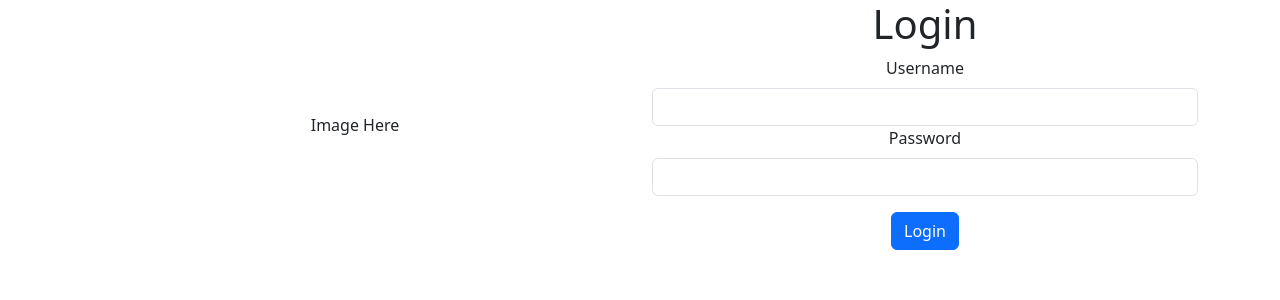
Repository: oboioz/SimpleTodoApp
Page: /logout (app in SimpleTodoAppFrontEnd/todo-app/)
The author's editor kept a copy of each file at every save. The page is drawn from the files as they stood at one save, then again after the next save.
The browser window is 1280 px wide. The pictures show the whole page.
The project was rebuilt for these pictures with package versions that can differ from the ones it lists, and the page was loaded fresh each time. Also part of the build but not shown: SimpleTodoAppFrontEnd/todo-app/src/components/todo/Login/LoginStyle.css.

Above is the page before, as saved 2024-04-03 19:50:43.

After the next save:
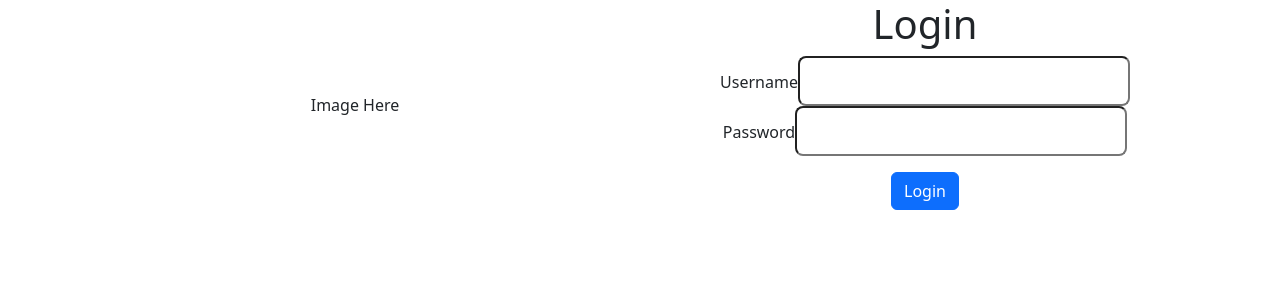
Saved 70 s later.
--- a/SimpleTodoAppFrontEnd/todo-app/src/components/todo/Login/LoginComponent.jsx
+++ b/SimpleTodoAppFrontEnd/todo-app/src/components/todo/Login/LoginComponent.jsx
@@ -14,11 +14,11 @@
                     <form className="LoginForm">
                         <div>
                             <label className="form-label">Username</label>
-                            <input type="text" name="username" className="form-control" />
+                            <input type="text" name="username" className="form-control-lg" />
                         </div>
                         <div>
                             <label className="form-label">Password</label>
-                            <input type="password" name="password" className="form-control" />
+                            <input type="password" name="password" className="form-control-lg" />
                         </div>
 
                         <button type="button" name="login" class="btn btn-primary mt-3">Login</button>

After the save that followed:
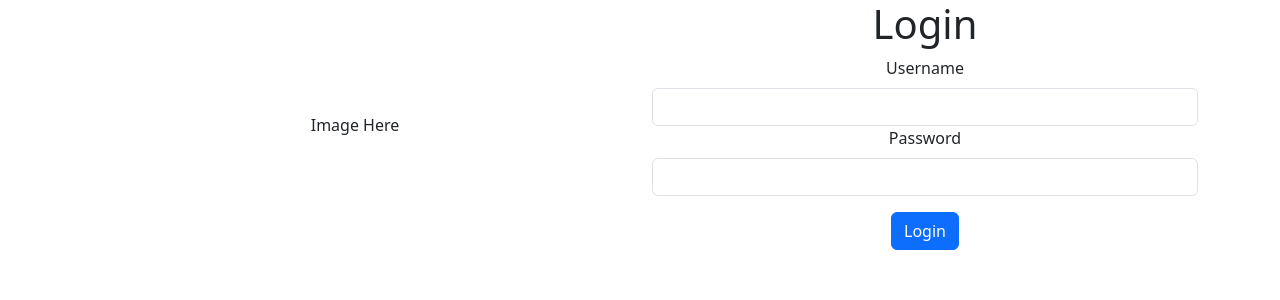
Saved 8 s later.
--- a/SimpleTodoAppFrontEnd/todo-app/src/components/todo/Login/LoginComponent.jsx
+++ b/SimpleTodoAppFrontEnd/todo-app/src/components/todo/Login/LoginComponent.jsx
@@ -14,11 +14,11 @@
                     <form className="LoginForm">
                         <div>
                             <label className="form-label">Username</label>
-                            <input type="text" name="username" className="form-control-lg" />
+                            <input type="text" name="username" className="form-control" />
                         </div>
                         <div>
                             <label className="form-label">Password</label>
-                            <input type="password" name="password" className="form-control-lg" />
+                            <input type="password" name="password" className="form-control" />
                         </div>
 
                         <button type="button" name="login" class="btn btn-primary mt-3">Login</button>
